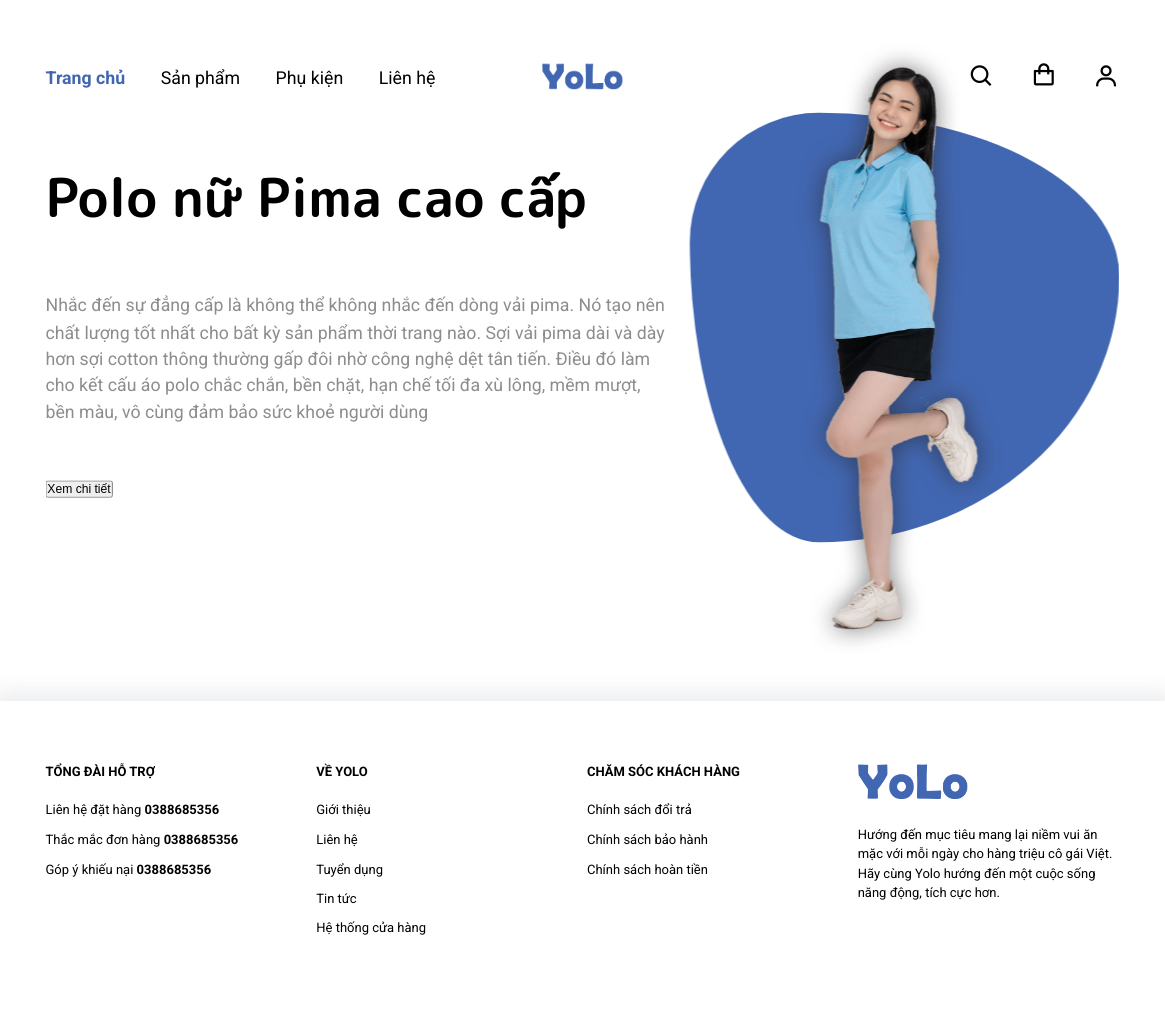
Repository: NguyenThanhBinh1210/Binh-React
Page: / (app in yoloshop/)
These files come from the project's save history. The page is drawn as it stood at one moment and after the next save; the edit follows.
The browser window is 1280 px wide. The pictures show the whole page, at 91% of full size.
The project was rebuilt for these pictures with package versions that can differ from the ones it lists, and the page was loaded fresh each time. A package was used in the major version that the imports need, not the one package.json lists. Also part of the build but not shown: yoloshop/src/pages/Product.jsx, yoloshop/src/pages/Catalog.jsx, yoloshop/src/pages/Cart.jsx, yoloshop/src/pages/Accessory.jsx, yoloshop/src/pages/Contact.jsx.

Above is the page before, as saved 2021-11-25 12:22:43.

After the next save:
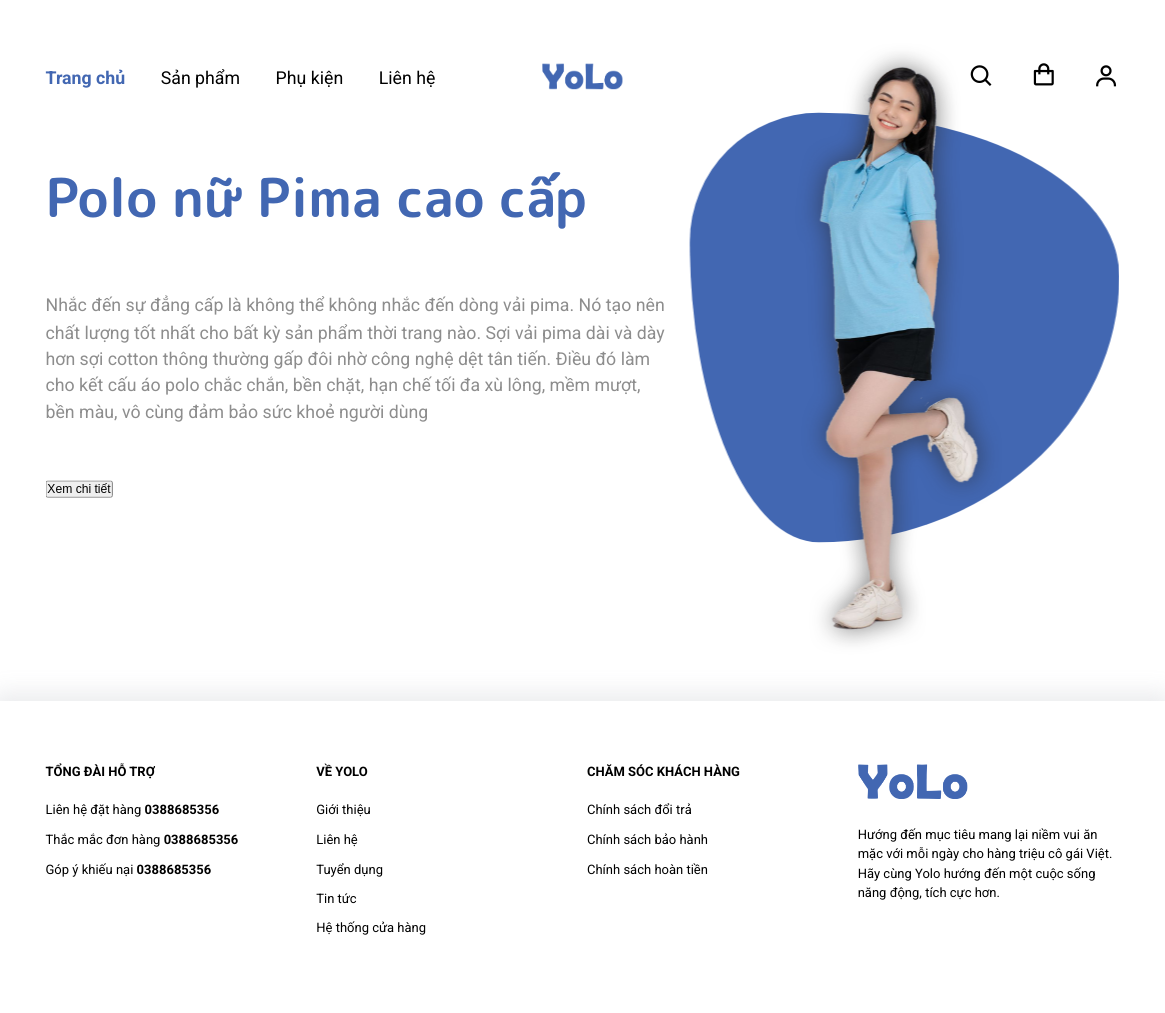
Saved 59 s later.
--- a/yoloshop/src/components/HeroSlider.jsx
+++ b/yoloshop/src/components/HeroSlider.jsx
@@ -25,7 +25,9 @@ HeroSlider.propTypes = {
 const HeroSliderItem = props => (
 	<div className={`hero-slider__item ${props.active ? 'active' : ''}`}>
 		<div className="hero-slider__item__info">
-			<div className="hero-slider__item__info__title">
+			<div
+				className={`hero-slider__item__info__title color-${props.item.color}`}
+			>
 				<span> {props.item.title}</span>
 			</div>
 			<div className="hero-slider__item__info__description">
